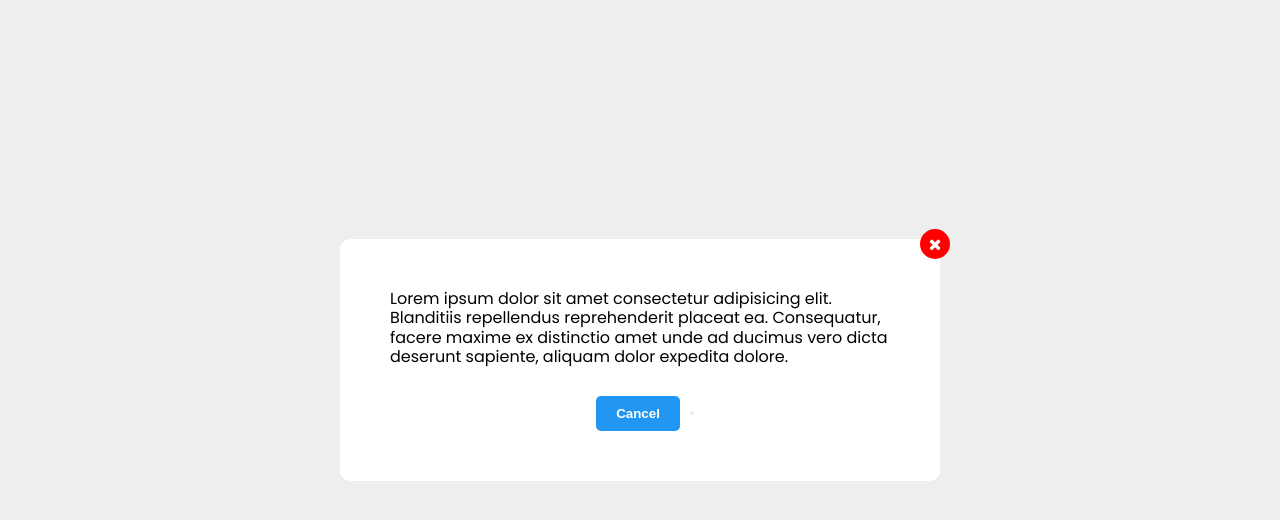
Repository: quoctri2008/test1
Page: activemodel.html
These files come from the project's save history. The page is drawn as it stood at one moment and after the next save; the edit follows.
The browser window is 1280 px wide. The pictures show the whole page.

Above is the page before, as saved 2021-09-08 00:01:53.

After the next save:
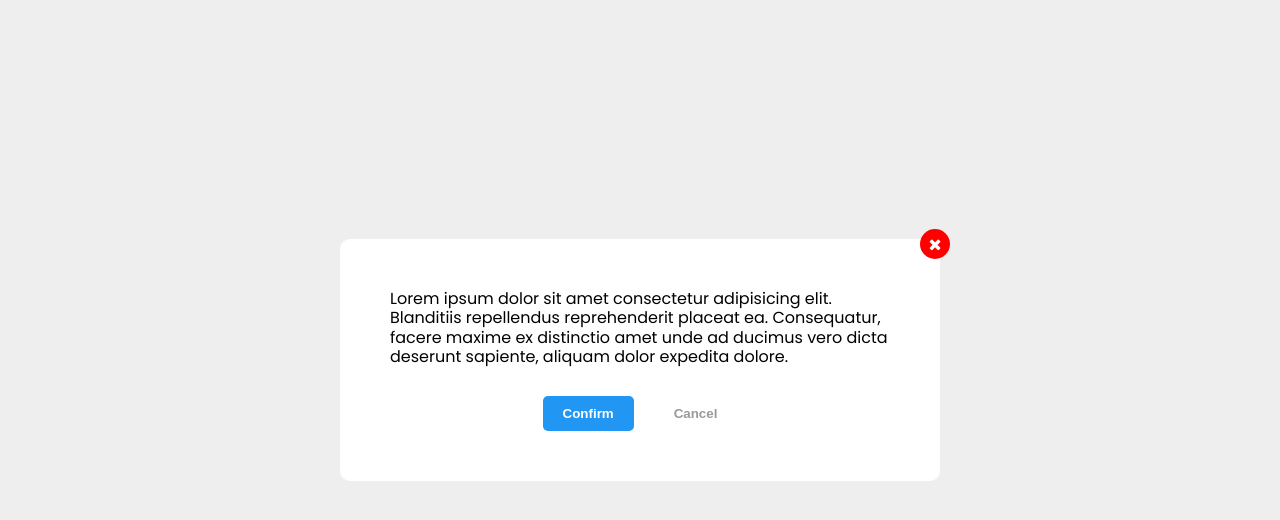
Saved 56 s later.
--- a/dom/activemodel-exercise.js
+++ b/dom/activemodel-exercise.js
@@ -58,8 +58,8 @@ const modalConfirm = document.createElement("button");
 modalConfirm.classList.add("modal-confirm");
 modalConfirm.textContent = "Confirm";
 const modalCancel = document.createElement("button");
-modalConfirm.classList.add("modal-cancel");
-modalConfirm.textContent = "Cancel";
+modalCancel.classList.add("modal-cancel");
+modalCancel.textContent = "Cancel";
 modalContent.appendChild(modalClose);
 modalContent.appendChild(modalDesc);
 modalContent.appendChild(modalAction);
